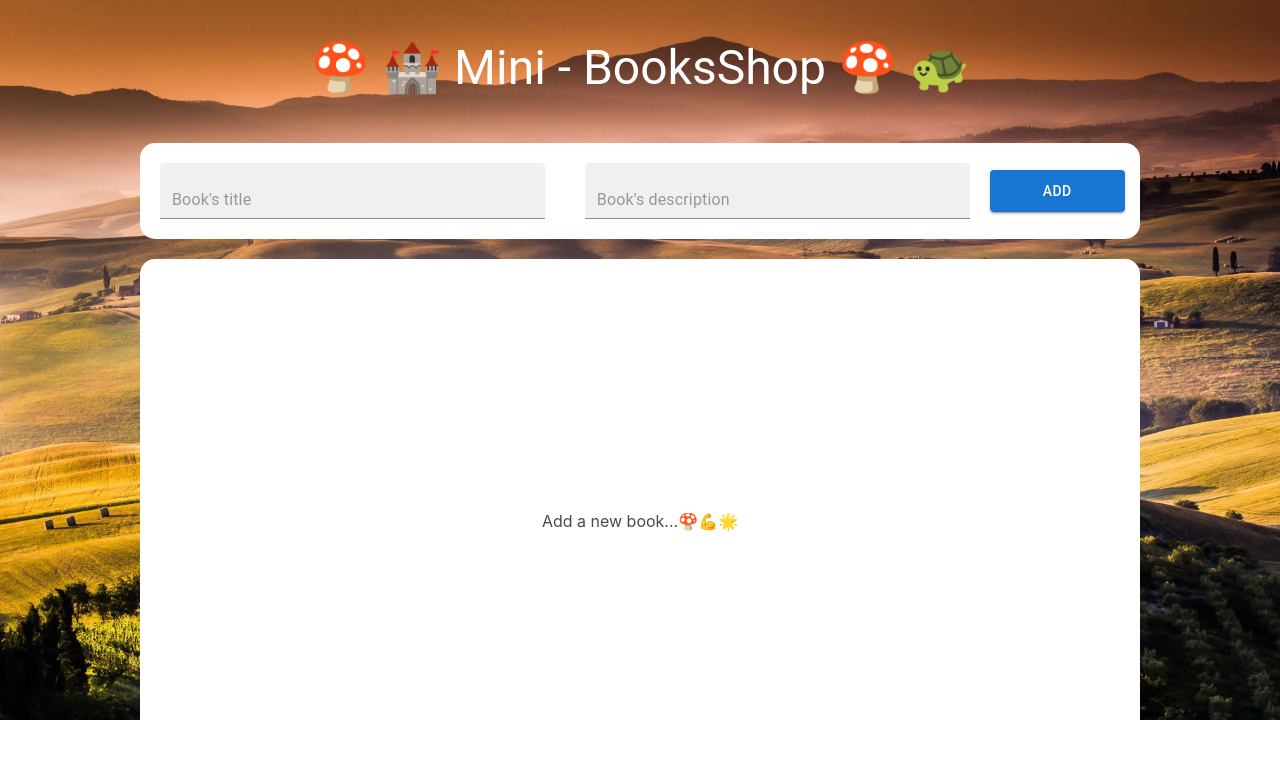
Repository: Tracy-maker/mini-bookshop
Page: /
These files come from the project's save history. The page is drawn as it stood at one moment and after the next save; the edit follows.
The browser window is 1280 px wide. The pictures show the whole page.
The project was rebuilt for these pictures with package versions that can differ from the ones it lists, and the page was loaded fresh each time. Also part of the build but not shown: src/components/BookEdit.js, src/components/BookItem.js.

Above is the page before, as saved 2023-09-21 16:28:47.

### src/index.js
import "./index.css";
import React from "react";
import ReactDOM from "react-dom/client";
import App from "./App";


const el = document.getElementById("root");
const root = ReactDOM.createRoot(el);

root.render(
  <React.StrictMode>
    <App />
  </React.StrictMode>
);

### src/App.js
import { useState, useEffect } from "react";
import CreateTask from "./components/CreateBook";
import TaskList from "./components/BookList";
import { Box, Stack } from "@mui/material";
import styled from "styled-components";
import Typography from "@mui/material/Typography";
import Image1 from "./image/7.jpg";

const StyledContainer = styled(Stack)`
  height: 100vh;
  width: 100%;
  display: flex;
  align-items: stretch;
  padding-top: 30px;
  background-image: url(${Image1});
  background-size: cover;
  background-repeat: no-repeat;
  gap: 20px;
`;

const TaskForm = styled(Box)`
  margin-left: auto;
  margin-right: auto;
  width: 1000px;
  background-color: white;
  border-radius: 15px;

  @media (max-width: 768px) {
    width: 100%;
  }
`;
const Title = styled(Typography)`
  color: white;
  margin: auto;
  width: 100%;
  padding: 10px;
  text-align: center;
`;

function App() {
  const [tasks, setTasks] = useState(() => {
    const localValue = localStorage.getItem("tasks");
    if (localValue == null) return [];
    return JSON.parse(localValue);
  });

  useEffect(() => {
    localStorage.setItem("tasks", JSON.stringify(tasks));
  }, [tasks]);

  const createTask = (title, description) => {
    const newTask = {
      id: crypto.randomUUID(),
      title: title,
      description: description,
      status: "inProgress",
    };

    const existingTasks = JSON.parse(localStorage.getItem("tasks")) || [];
    existingTasks.push(newTask);
    localStorage.setItem("tasks", JSON.stringify(existingTasks));
    setTasks(existingTasks);
  };

  const deleteTasksById = (id) => {
    const existingTasks = JSON.parse(localStorage.getItem("tasks")) || [];
    const updatedTasks = existingTasks.filter((task) => {
      return task.id !== id;
    });
    localStorage.setItem("tasks", JSON.stringify(updatedTasks));
    setTasks(updatedTasks);
  };

  const editTaskById = (id, newTitle, newDescription) => {
    const existingTasks = JSON.parse(localStorage.getItem("tasks")) || [];
    const taskToEdit = existingTasks.findIndex((task) => task.id === id);

    if (taskToEdit) {
      const updatedTask = {
        ...taskToEdit,
        title: newTitle,
        description: newDescription,
      };

      const updatedTasks = existingTasks.map((task) =>
        task.id === id ? updatedTask : task
      );
      localStorage.setItem("tasks", JSON.stringify(updatedTasks));
      setTasks(updatedTasks);
    }
  };

  return (
    <StyledContainer>
      <Title variant="h3" gutterBottom>
        🍄 🏰 Mini - BooksShop 🍄 🐢
      </Title>
      <TaskForm>
        <CreateTask onCreate={createTask} />
      </TaskForm>
      <TaskForm>
        <TaskList
          tasks={tasks}
          onDelete={deleteTasksById}
          onEdit={editTaskById}
        />
      </TaskForm>
    </StyledContainer>
  );
}
export default App;

### src/components/CreateBook.js
import * as React from "react";
import Stack from "@mui/material/Stack";
import TextField from "@mui/material/TextField";
import Button from "@mui/material/Button";
import { useState } from "react";
import { styled } from "@mui/material";

const Input = styled(TextField)`
  padding:2%;
  width: 80%;
`;

const AddButton = styled(Button)`
  margin: auto;
  width: 25%;
  padding: 9px;
  text-align: center;
  margin-right: 15px;
`;

function CreateBook(props) {
  const [title, setTitle] = useState("");
  const [description, setDescription] = useState("");

  const handleChange = (event) => {
    const { name, value } = event.target;
    if (name === "title") {
      setTitle(value);
    } else if (name === "description") {
      setDescription(value);
    }
  };

  const handleSubmit = (event) => {
    event.preventDefault();
    if (title.trim() !== "" || description.trim() !== "") {
      props.onCreate( title, description );
      setTitle("");
      setDescription("");
    }
  };

  return (
    <Stack onSubmit={handleSubmit} component="form" direction="row">
      <Input
        name="title"
        value={title}
        onChange={handleChange}
        placeholder="Book's title"
        variant="filled"
      />
      <Input
        name="description"
        value={description}
        onChange={handleChange}
        placeholder="Book's description"
        variant="filled"
      />
      <AddButton type="submit" variant="contained">
        Add
      </AddButton>
    </Stack>
  );
}

export default CreateBook;

### src/components/BookList.js
import React from "react";
import TaskShow from "./BookItem";
import { Box } from "@mui/material";
import styled from "styled-components";

const Reminder = styled(Box)`
  text-align: center;
  padding: ${(props) => (props.noTasks ? "25%" : "0")};
`;

function BookList(props) {
  const renderedTasksList = props.tasks.map((task) => {
    return (
      <TaskShow
        key={task.id}
        task={task}
        onDelete={props.onDelete}
        onEdit={props.onEdit}
      />
    );
  });

  return (
    <>
      <Reminder noTasks={props.tasks.length === 0}>
        {props.tasks.length === 0 && "Add a new book...🍄💪🌟"}
      </Reminder>
      {renderedTasksList}
    </>
  );
}

export default BookList;

Loaded but not shown: public/index.html (common file); src/index.css (library)

After the next save:
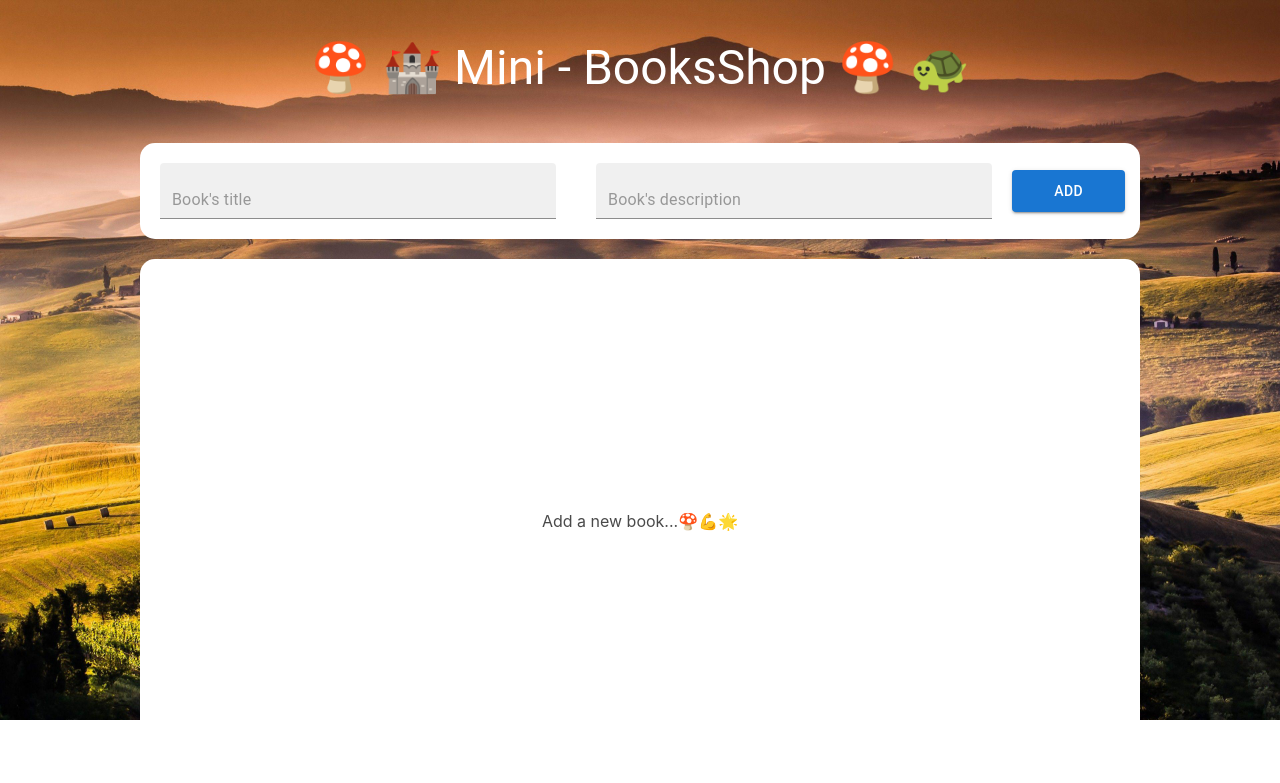
Saved 4 s later.
--- a/src/components/CreateBook.js
+++ b/src/components/CreateBook.js
@@ -12,7 +12,7 @@ const Input = styled(TextField)`
 
 const AddButton = styled(Button)`
   margin: auto;
-  width: 25%;
+  width: 20%;
   padding: 9px;
   text-align: center;
   margin-right: 15px;
